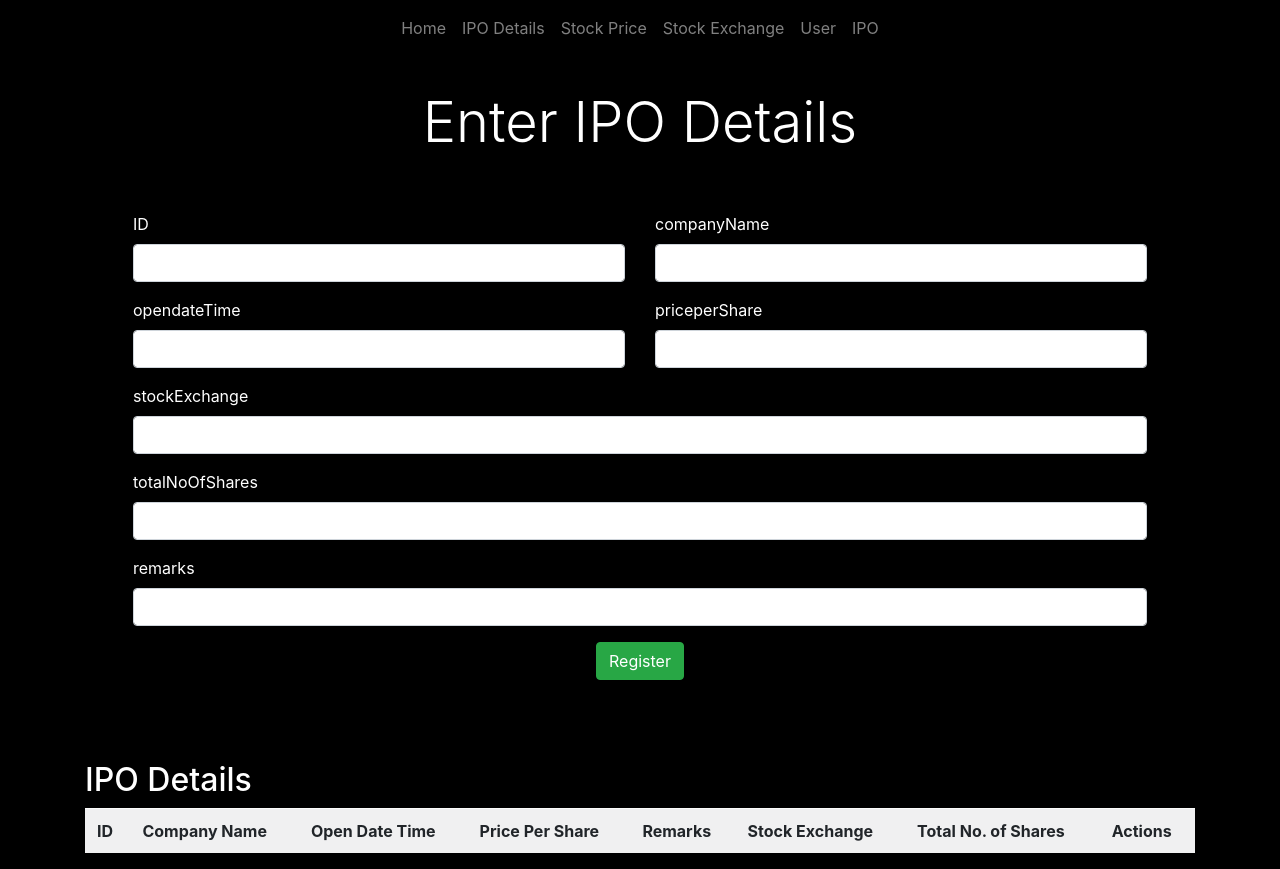
Repository: Gurudutt-S/cts-training
Page: http://localhost/StockExchangeChartingWeb/WEB-INF/views/ipos.jsp
The author's editor kept a copy of each file at every save. The page is drawn from the files as they stood at one save, then again after the next save.
The browser window is 1280 px wide. The pictures show the whole page.
The page is served by Tomcat 9. Nobody is signed in. Other server files are loaded and not shown. The template is opened directly, without the code that normally fills it, so the values that code supplies are empty.

Above is the page before, as saved 2020-02-12 07:40:42.
Console error (its wording comes from the project's code and is left out).

### Day_36/StockExchangeChartingWeb/src/main/webapp/WEB-INF/views/ipos.jsp
<%@include file="header.jsp"%>
<%@taglib uri="http://www.springframework.org/tags/form" prefix="form"%>
<%@taglib uri="http://java.sun.com/jsp/jstl/core" prefix="c"%>

<h2 class="display-4 text-center">Enter IPO Details</h2>

<c:url var="ipoUrl" value="/ipo/save" />

<div class="container">
	<form:form action="${ipoUrl }" modelAttribute="ipoDetails" class="p-5">

		<div class="row">
			<div class="form-group col">
				<form:label path="id">ID</form:label>
				<form:input path="id" class="form-control" />
			</div>
			<div class="form-group col">
				<form:label path="companyName">companyName</form:label>
				<form:input path="companyName" class="form-control" />
			</div>
		</div>
		<div class="row">
			<div class="form-group col">
				<form:label path="opendateTime">opendateTime</form:label>
				<form:input path="opendateTime" class="form-control" />
			</div>
			<div class="form-group col	">
				<form:label path="priceperShare">priceperShare</form:label>
				<form:input path="priceperShare" class="form-control" />
			</div>
		</div>
		<div class="form-group">
			<form:label path="stockExchange">stockExchange</form:label>
			<form:input path="stockExchange" class="form-control" />
		</div>
		<div class="form-group">
			<form:label path="totalNoOfShares">totalNoOfShares</form:label>
			<form:input path="totalNoOfShares" class="form-control" />
		</div>
		<div class="form-group">
			<form:label path="remarks">remarks</form:label>
			<form:input path="remarks" class="form-control" />
		</div>

		<div class="text-center">
			<input type="submit" value="Register" class="btn btn-success ">
		</div>

	</form:form>
</div>

<hr>

<div class="container">
	<h2>IPO Details</h2>
	<table class="table table-light table-hover table-striped">
		<tr>
			<th>ID</th>
			<th>Company Name</th>
			<th>Open Date Time</th>
			<th>Price Per Share</th>
			<th>Remarks</th>
			<th>Stock Exchange</th>
			<th>Total No. of Shares</th>
			<th>Actions</th>
		</tr>
		<tbody>
			<c:forEach var="ipo" items="${ipo }">
				<tr>
					<td>${ipo.id }</td>
					<td>${ipo.companyName }</td>
					<td>${ipo.opendateTime }</td>
					<td>${ipo.priceperShare }</td>
					<td>${ipo.remarks }</td>
					<td>${ipo.stockExchange }</td>
					<td>${ipo.totalNoOfShares }</td>
					<td><a href="<c:url value='/remove-ipo/${ipo.id }'/>">Remove</a></td>
				</tr>
			</c:forEach>
		</tbody>

	</table>
</div>

</body>
</html>

### Day_36/StockExchangeChartingWeb/src/main/webapp/WEB-INF/views/header.jsp
<%@ page isELIgnored="false"%>
<%@ taglib uri="http://java.sun.com/jsp/jstl/core" prefix="c"%>
<html>
<head>
<link rel="stylesheet"
	href="https://stackpath.bootstrapcdn.com/bootstrap/4.4.1/css/bootstrap.min.css"
	integrity="sha384-Vkoo8x4CGsO3+Hhxv8T/Q5PaXtkKtu6ug5TOeNV6gBiFeWPGFN9MuhOf23Q9Ifjh"
	crossorigin="anonymous">
<script
	src="https://stackpath.bootstrapcdn.com/bootstrap/4.4.1/js/bootstrap.min.js"
	integrity="sha384-wfSDF2E50Y2D1uUdj0O3uMBJnjuUD4Ih7YwaYd1iqfktj0Uod8GCExl3Og8ifwB6"
	crossorigin="anonymous"></script>


</head>
<body style="color: white; background-color: black;">

	<nav class="navbar navbar-expand-lg navbar-dark ">
		<div class="collapse navbar-collapse">
			<ul class="navbar-nav mx-auto">
				<li class="nav-item"><a href="home" class="nav-link">Home</a></li>
				<li class="nav-item"><a href="ipoDetails" class="nav-link">IPO
						Details</a></li>
				<li class="nav-item"><a href="stockPrice" class="nav-link">Stock
						Price</a></li>
				<li class="nav-item"><a href="stockExchange" class="nav-link">Stock
						Exchange</a></li>
				<li class="nav-item"><a href="user-home" class="nav-link">User
						</a></li>
				<li class="nav-item"><a href="ipo-home" class="nav-link">IPO
						</a></li>
			</ul>
		</div>
	</nav>

	<hr>

</body>
</html>

After the next save:
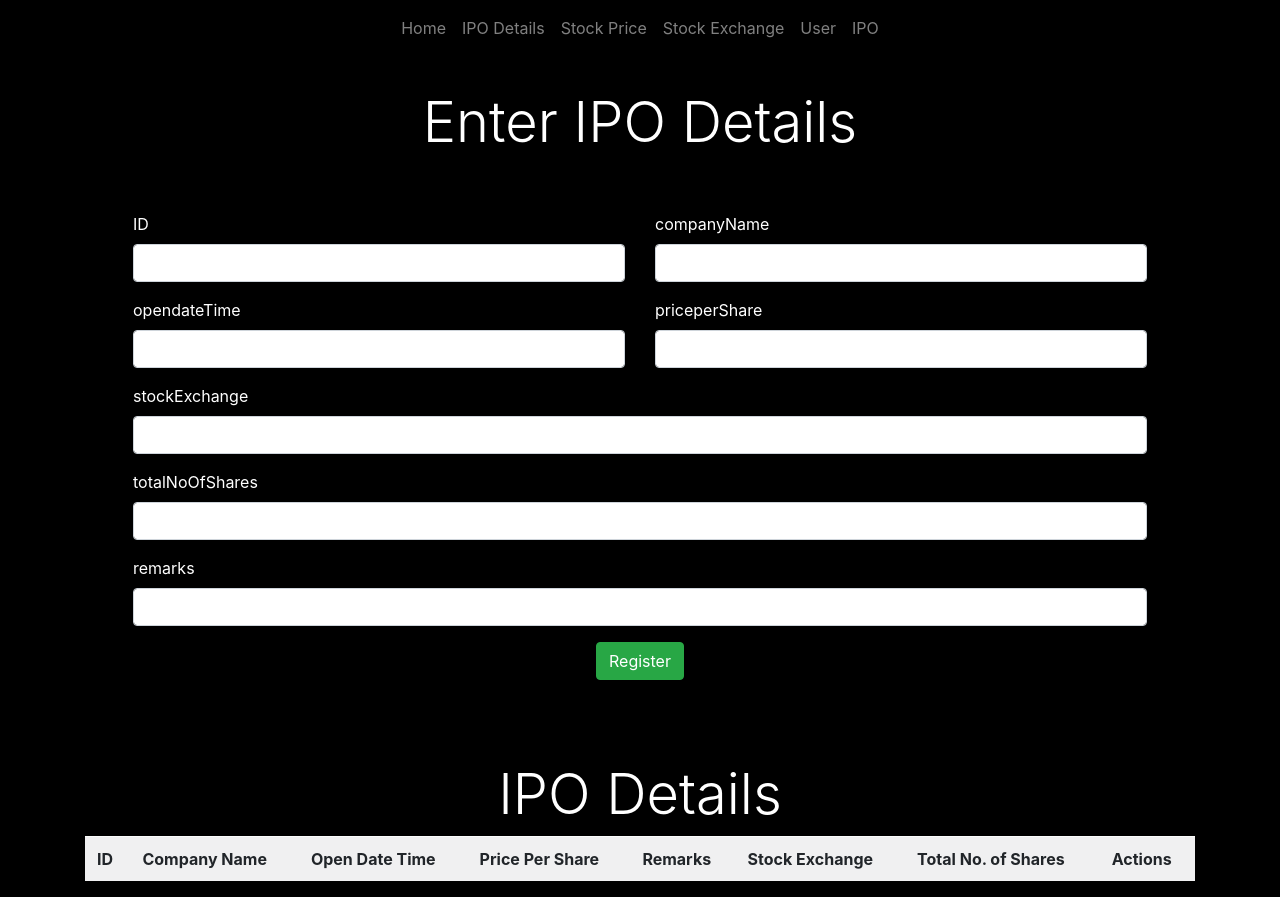
Saved 45 min 19 s later.
--- a/Day_36/StockExchangeChartingWeb/src/main/webapp/WEB-INF/views/ipos.jsp
+++ b/Day_36/StockExchangeChartingWeb/src/main/webapp/WEB-INF/views/ipos.jsp
@@ -52,7 +52,7 @@
 <hr>
 
 <div class="container">
-	<h2>IPO Details</h2>
+	<h2 class="display-4 text-center">IPO Details</h2>
 	<table class="table table-light table-hover table-striped">
 		<tr>
 			<th>ID</th>
